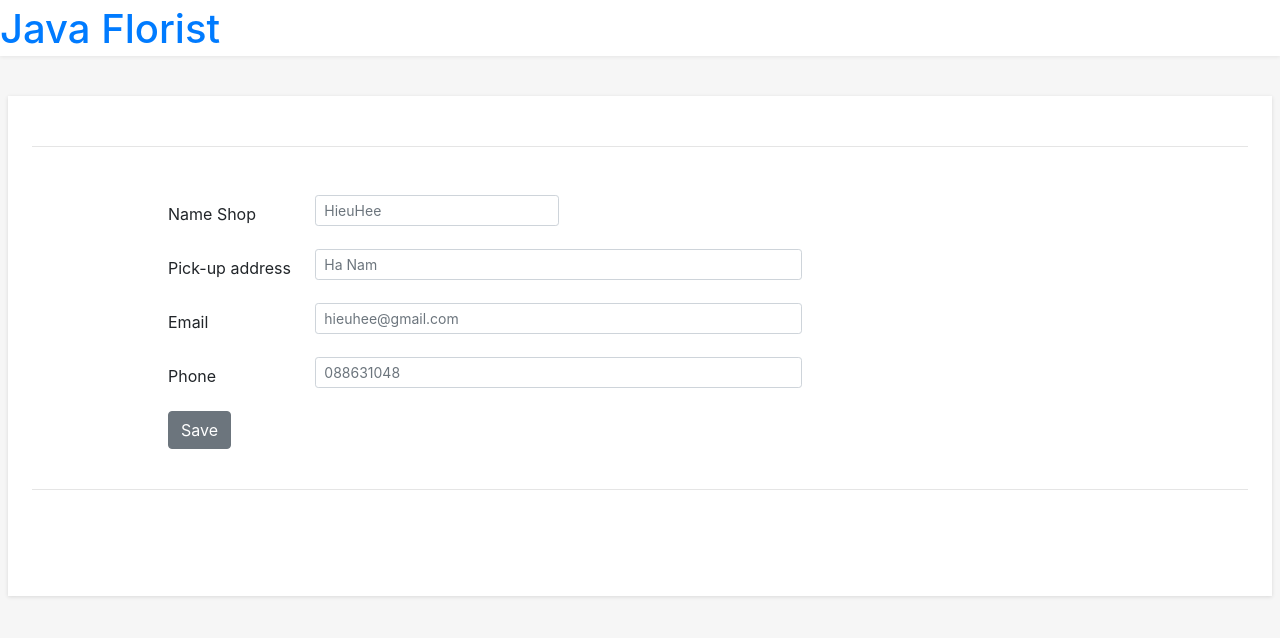
Repository: hienttm/flower-java-florist
Page: JavaFlorist/JavaFlorist/wwwroot/BecomePartner/index.html
An editor plug-in stored every save of this project. The page is shown before and after the next save, followed by the edit.
The browser window is 1280 px wide. The pictures show the whole page.
Some web libraries are served in a nearby version.

Above is the page before, as saved 2023-12-29 18:08:55.

After the next save:
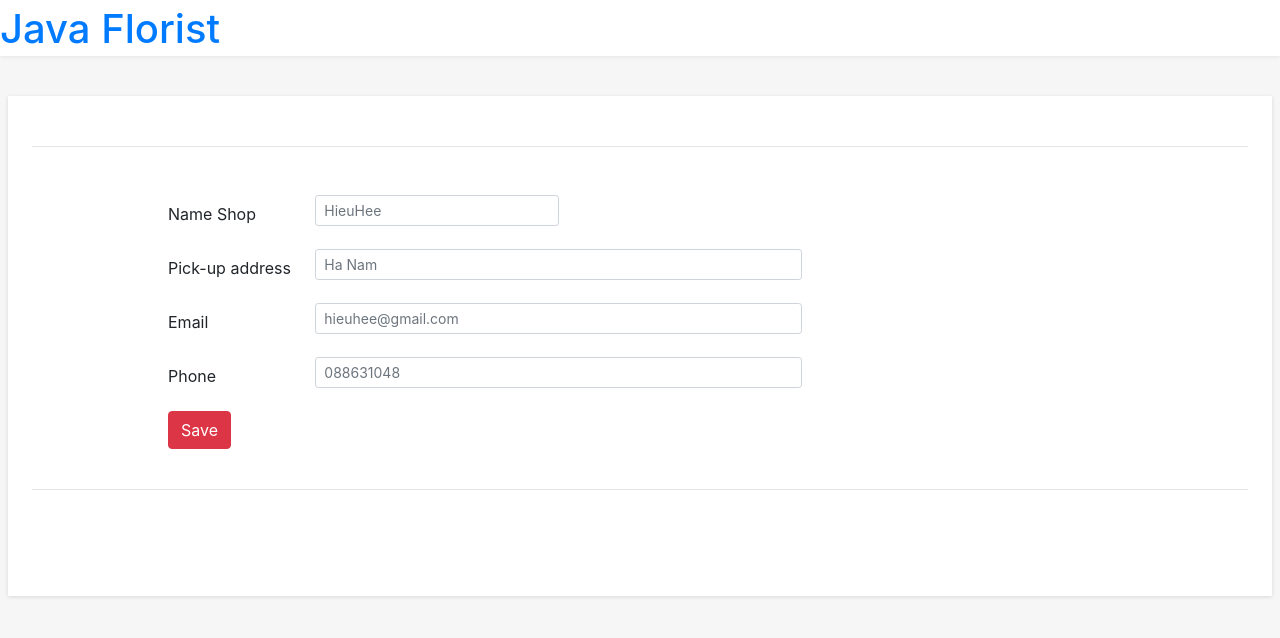
Saved 53 s later.
--- a/JavaFlorist/JavaFlorist/wwwroot/BecomePartner/index.html
+++ b/JavaFlorist/JavaFlorist/wwwroot/BecomePartner/index.html
@@ -54,7 +54,7 @@
                                         <input type="phone" class="form-control form-control-sm"  placeholder="088631048">
                                     </div>
                                   </div>
-                                  <button class="btn btn-secondary">Save</button>
+                                  <button class="btn btn-danger">Save</button>
                               </form>
 
                         </div>
